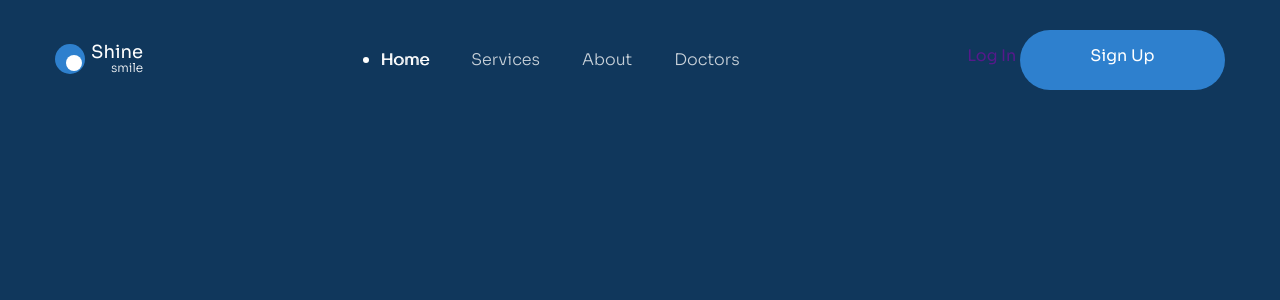
Repository: Tran-Dat/F8_Project_03
Page: index.html
An editor plug-in stored every save of this project. The page is shown before and after the next save, followed by the edit.
The browser window is 1280 px wide. The pictures show the whole page.

Above is the page before, as saved 2023-04-03 10:01:54.

### index.html
<!DOCTYPE html>
<html lang="en">
    <head>
        <meta charset="UTF-8" />
        <meta http-equiv="X-UA-Compatible" content="IE=edge" />
        <meta name="viewport" content="width=device-width, initial-scale=1.0" />
        <title>shine smile</title>

        <!-- Favicon -->
        <link rel="apple-touch-icon" sizes="57x57" href="./assets/favicon/" />
        <link
            rel="apple-touch-icon"
            sizes="60x60"
            href="./assets/favicon/apple-icon-60x60.png"
        />
        <link
            rel="apple-touch-icon"
            sizes="72x72"
            href="./assets/favicon/apple-icon-72x72.png"
        />
        <link
            rel="apple-touch-icon"
            sizes="76x76"
            href="./assets/favicon/apple-icon-76x76.png"
        />
        <link
            rel="apple-touch-icon"
            sizes="114x114"
            href="./assets/favicon/apple-icon-114x114.png"
        />
        <link
            rel="apple-touch-icon"
            sizes="120x120"
            href="./assets/favicon/apple-icon-120x120.png"
        />
        <link
            rel="apple-touch-icon"
            sizes="144x144"
            href="./assets/favicon/apple-icon-144x144.png"
        />
        <link
            rel="apple-touch-icon"
            sizes="152x152"
            href="./assets/favicon/apple-icon-152x152.png"
        />
        <link
            rel="apple-touch-icon"
            sizes="180x180"
            href="./assets/favicon/apple-icon-180x180.png"
        />
        <link
            rel="icon"
            type="image/png"
            sizes="192x192"
            href="./assets/favicon/android-icon-192x192.png"
        />
        <link
            rel="icon"
            type="image/png"
            sizes="32x32"
            href="./assets/favicon/favicon-32x32.png"
        />
        <link
            rel="icon"
            type="image/png"
            sizes="96x96"
            href="./assets/favicon/favicon-96x96.png"
        />
        <link
            rel="icon"
            type="image/png"
            sizes="16x16"
            href="./assets/favicon/favicon-16x16.png"
        />
        <link rel="manifest" href="./assets/favicon/manifest.json" />
        <meta name="msapplication-TileColor" content="#ffffff" />
        <meta
            name="msapplication-TileImage"
            content="./assets/favicon/ms-icon-144x144.png"
        />
        <meta name="theme-color" content="#ffffff" />

        <!-- Emmet Fonts -->
        <link rel="preconnect" href="https://fonts.googleapis.com" />
        <link rel="preconnect" href="https://fonts.gstatic.com" crossorigin />
        <link
            href="https://fonts.googleapis.com/css2?family=Sora:wght@300;400;500;600;700;800&display=swap"
            rel="stylesheet"
        />

        <!-- Reset Css -->
        <link rel="stylesheet" href="./assets/css/reset.css" />
        <link rel="stylesheet" href="./assets/css/style.css" />
    </head>
    <body>
        <header class="header">
            <div class="container">
                <div class="header-top">
                    <!-- Logo -->
                    <a href="/">
                        <div class="logo">
                            <span class="logo__circle"> </span>
                            <span class="logo__text">
                                <span class="logo__brand">Shine</span>
                                <span class="logo__brand logo__brand--small">
                                    smile
                                </span>
                            </span>
                        </div>
                    </a>

                    <!-- NavBar -->
                    <nav class="navbar">
                        <ul class="navbar__list">
                            <li class="navbar__item">
                                <a
                                    href="#!"
                                    class="navbar__link navbar__item--active"
                                >
                                    Home
                                </a>
                            </li>
                            <li class="navbar__item">
                                <a href="#!" class="navbar__link">Services</a>
                            </li>
                            <li class="navbar__item">
                                <a href="#!" class="navbar__link">About</a>
                            </li>
                            <li class="navbar__item">
                                <a href="#!" class="navbar__link">Doctors</a>
                            </li>
                        </ul>
                    </nav>

                    <!-- Action -->
                    <div class="action">
                        <a href="" class="action__login">Log In</a>
                        <a href="" class="btn action__signup">Sign Up</a>
                    </div>
                </div>
            </div>
        </header>
    </body>
</html>

### assets/css/style.css
* {
    box-sizing: border-box;
}

:root {
    --header-bg: #10375c;
}

html {
    font-size: 62.5%;
}

body {
    font-size: 1.6rem;
    font-family: "Sora", sans-serif;
}

/* ================================================================ Common ================================================================ */

.btn {
    display: inline-block;
    min-width: 205px;
    padding: 0 20px;
    height: 60px;
    text-align: center;
    font-size: 1.6rem;
    font-weight: 400;
    line-height: 60px;
    border-radius: 99px;
    line-height: 52px;
    color: #fff;
    background: #2e80ce;
}

a {
    text-decoration: none;
}

.container {
    width: 1170px;
    max-width: calc(100% - 48px);
    margin: 0 auto;
}

/* ================================================================ Header ================================================================ */

.header {
    min-height: 100vh;
    background: var(--header-bg);
    padding-top: 30px;
}

.header-top {
    display: flex;
    justify-content: space-between;
    align-items: center;
}

.logo {
    display: inline-flex;
    position: relative;
    font-size: 1rem;
}

.logo__circle::before,
.logo__circle::after {
    content: "";
    display: inline-block;
    border-radius: 50%;
}

.logo__circle::before {
    width: 3em;
    height: 3em;
    background: #2e80ce;
}

.logo__circle::after {
    position: absolute;
    top: 1.1em;
    left: 1.1em;
    width: 1.6em;
    height: 1.6em;
    background: #fff;
}

.logo__text {
    margin-left: 0.6em;
    text-align: right;
    line-height: 1.6em;
}

.logo__brand {
    display: block;
    font-size: 1.8em;
    font-weight: 400;
    color: #fff;
}

.logo__brand--small {
    font-size: 1.2em;
    font-weight: 300;
}

.navbar__list {
    display: flex;
}

.navbar__item.action__login,
.navbar__link {
    padding: 4px 21px;
    font-weight: 300;
    font-size: 1.6rem;
    line-height: 1.75;
    color: #c9d2da;
}

.navbar__link:hover,
.navbar__item--active {
    text-shadow: 1px 0 0 currentColor;
    color: #fff;
}

.navbar__item--active::before {
    position: relative;
    left: -8px;
    top: -2px;
    content: "";
    display: inline-block;
    width: 6px;
    height: 6px;
    border-radius: 50%;
    background-color: #fff;
}

Loaded but not shown: assets/css/reset.css (common file)

After the next save:
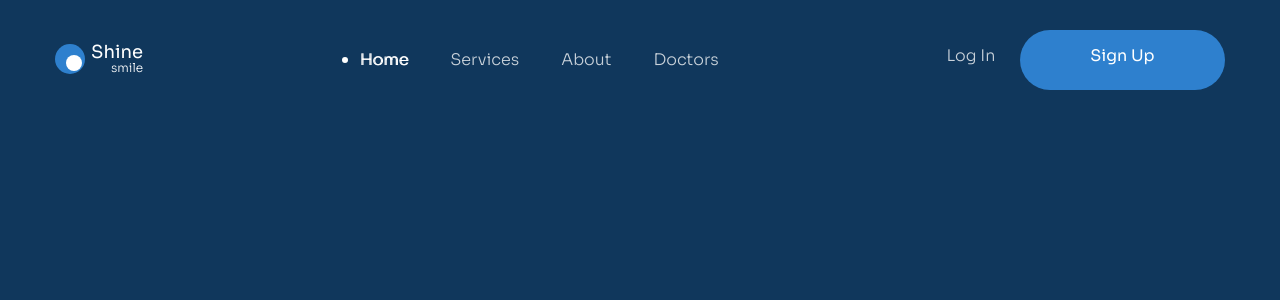
Saved 8 s later.
--- a/assets/css/style.css
+++ b/assets/css/style.css
@@ -106,7 +106,7 @@ a {
     display: flex;
 }
 
-.navbar__item.action__login,
+.action__login,
 .navbar__link {
     padding: 4px 21px;
     font-weight: 300;
